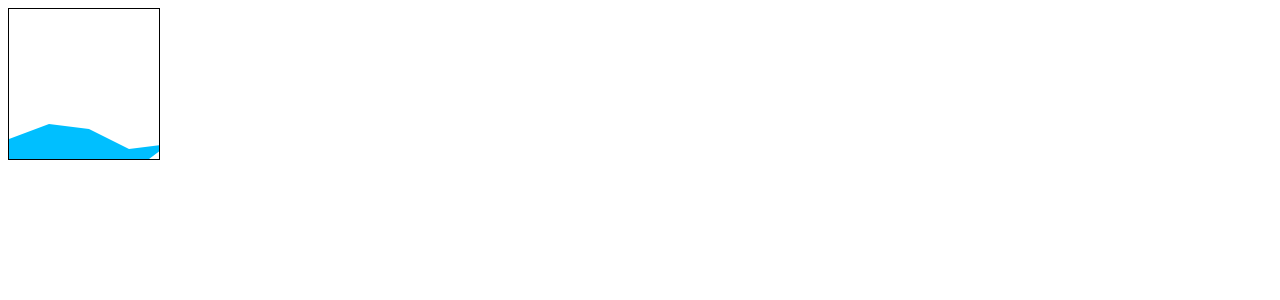
Repository: SeungYn/Javascript-study-toy
Page: canvas-tutorial/index.html
These files come from the project's save history. The page is drawn as it stood at one moment and after the next save; the edit follows.
The browser window is 1280 px wide. The pictures show the whole page.

Above is the page before, as saved 2023-03-14 11:29:30.

After the next save:
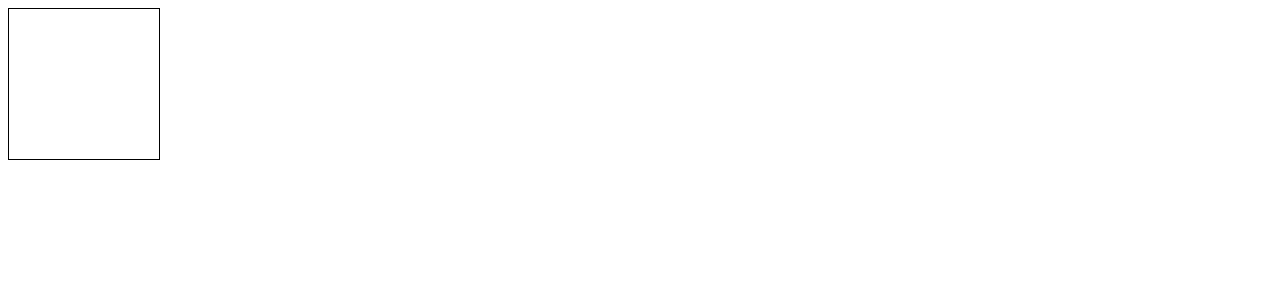
Saved 52 s later.
--- a/canvas-tutorial/index.html
+++ b/canvas-tutorial/index.html
@@ -39,9 +39,5 @@
       }
     }
     context.lineTo(canvas.width - barSpacing, canvas.height);
-    context.lineTo(0, canvas.height);
-    context.closePath();
-    context.fillStyle = barColor;
-    context.fill();
   </script>
 </html>

After the 2 saves that followed:
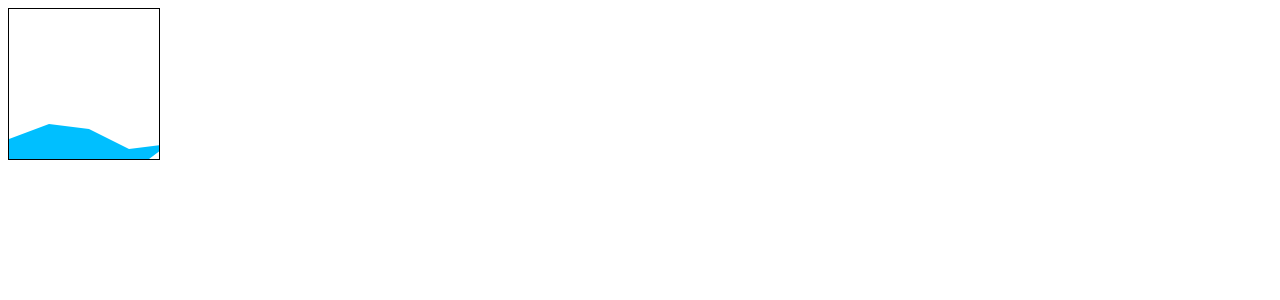
The 2 saves are shown as one change because they came seconds apart.
The last was saved 8 s later.
--- a/canvas-tutorial/index.html
+++ b/canvas-tutorial/index.html
@@ -39,5 +39,9 @@
       }
     }
     context.lineTo(canvas.width - barSpacing, canvas.height);
+    context.lineTo(0, canvas.height);
+    context.closePath();
+    context.fillStyle = barColor;
+    context.fill();
   </script>
 </html>
